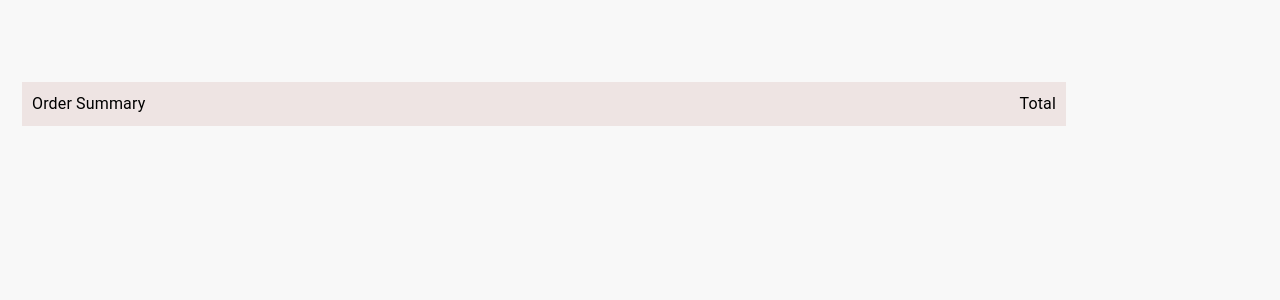
Repository: Armstrong2035/hng-project-two
Page: /checkout (app in timbu-store/)
The author's editor kept a copy of each file at every save. The page is drawn from the files as they stood at one save, then again after the next save.
The browser window is 1280 px wide. The pictures show the whole page.
The project was rebuilt for these pictures with package versions that can differ from the ones it lists, and the page was loaded fresh each time. The framework's server and built-in components were replaced by stand-ins that run in the browser. Also part of the build but not shown: timbu-store/next.config.mjs.

Above is the page before, as saved 2024-07-07 11:08:20.

### timbu-store/src/app/layout.js
export default function RootLayout({ children }) {
  return (
    <html lang="en">
      <body style={{ backgroundColor: "#F8F8F8" }}>{children}</body>
    </html>
  );
}

### timbu-store/src/app/checkout/page.js
"use client";

import React from "react";
import CheckOut from "../../../components/checkout/CheckOut";

export default function Page() {
  return (
    <>
      <CheckOut />
    </>
  );
}

### timbu-store/components/checkout/CheckOut.js
"use client";
import useStore from "@/store/store";
import { Typography, Box, Stack, Grid } from "@mui/material";

import React from "react";

export default function CheckOut() {
  const cart = useStore((state) => state.cart);

  console.log(cart);

  return (
    <div
      style={{
        display: "flex",
        alignItems: "center",
        justifyContent: "center",
      }}
    >
      <Box
        style={{
          width: "80vw",
          display: "flex",
          justifyContent: "space-between",
          padding: "10px 10px",
          backgroundColor: "#EEE4E3",
        }}
      >
        <Typography>Order Summary</Typography>
        <Typography>Total</Typography>
      </Box>

      <Box>
        <Grid container>
          <Grid item xl={8} l={8} m={6} sm={12} xs={12}>
            <Stack></Stack>
          </Grid>

          <Grid item xl={4} l={4} m={6} sm={12} xs={12}></Grid>
        </Grid>
      </Box>
    </div>
  );
}

### timbu-store/src/store/store.js
import { create } from "zustand";

const useStore = create((set) => ({
  cart: [],
  addToCart: (item) => set((state) => ({ cart: [...state.cart, item] })),
}));

export default useStore;

After the next save:
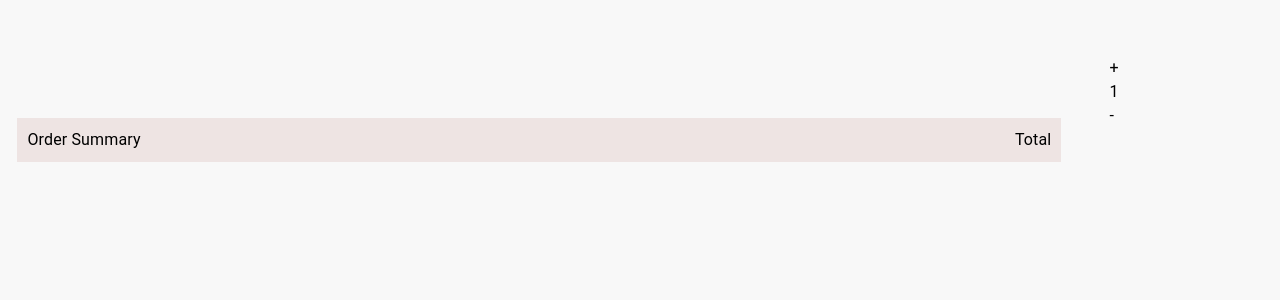
Saved 3 min 19 s later.
--- a/timbu-store/components/checkout/CheckOut.js
+++ b/timbu-store/components/checkout/CheckOut.js
@@ -33,7 +33,17 @@ export default function CheckOut() {
       <Box>
         <Grid container>
           <Grid item xl={8} l={8} m={6} sm={12} xs={12}>
-            <Stack></Stack>
+            <Stack>
+              <Box>
+                <div></div>
+                <Typography></Typography>
+                <Box>
+                  <Typography>+</Typography>
+                  <Typography>1</Typography>
+                  <Typography>-</Typography>
+                </Box>
+              </Box>
+            </Stack>
           </Grid>
 
           <Grid item xl={4} l={4} m={6} sm={12} xs={12}></Grid>
